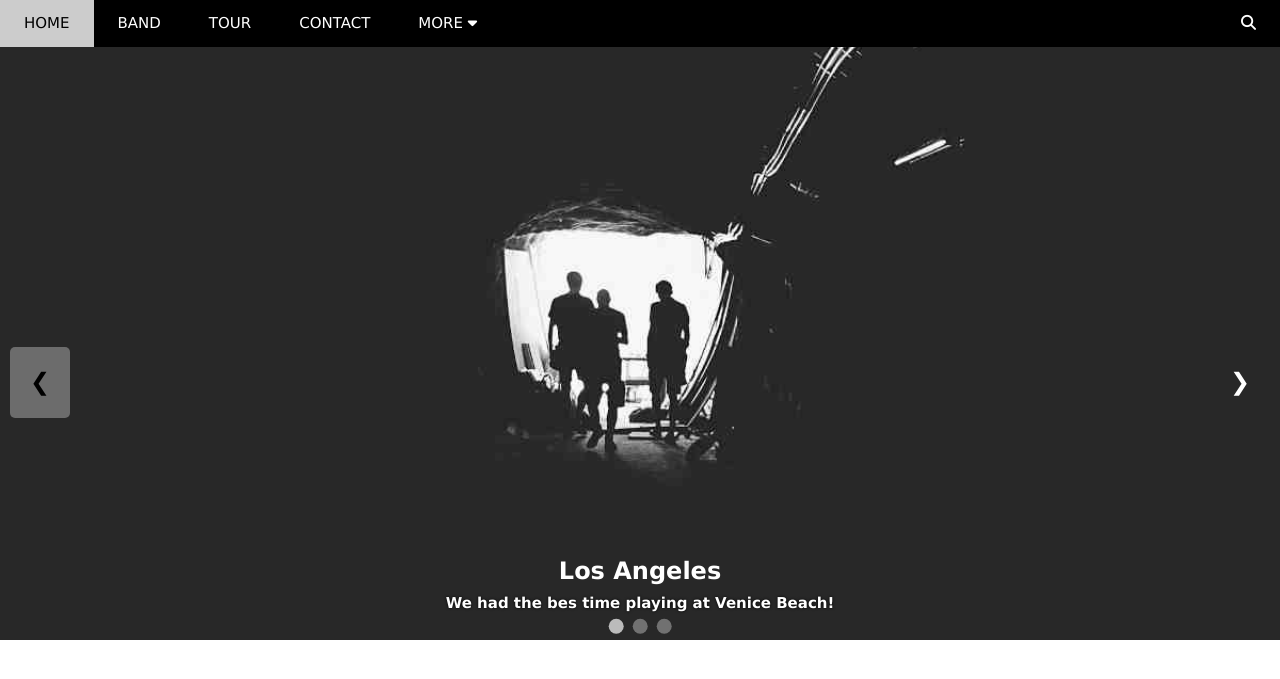
Repository: tam1512/The-Band
Page: index.html
The author's editor kept a copy of each file at every save. The page is drawn from the files as they stood at one save, then again after the next save.
The browser window is 1280 px wide. The pictures show the whole page.
The pointer rests on the first visible `.prev`.
Some web libraries are served in a nearby version.

Above is the page before, as saved 2022-07-23 03:11:44.

After the next save:
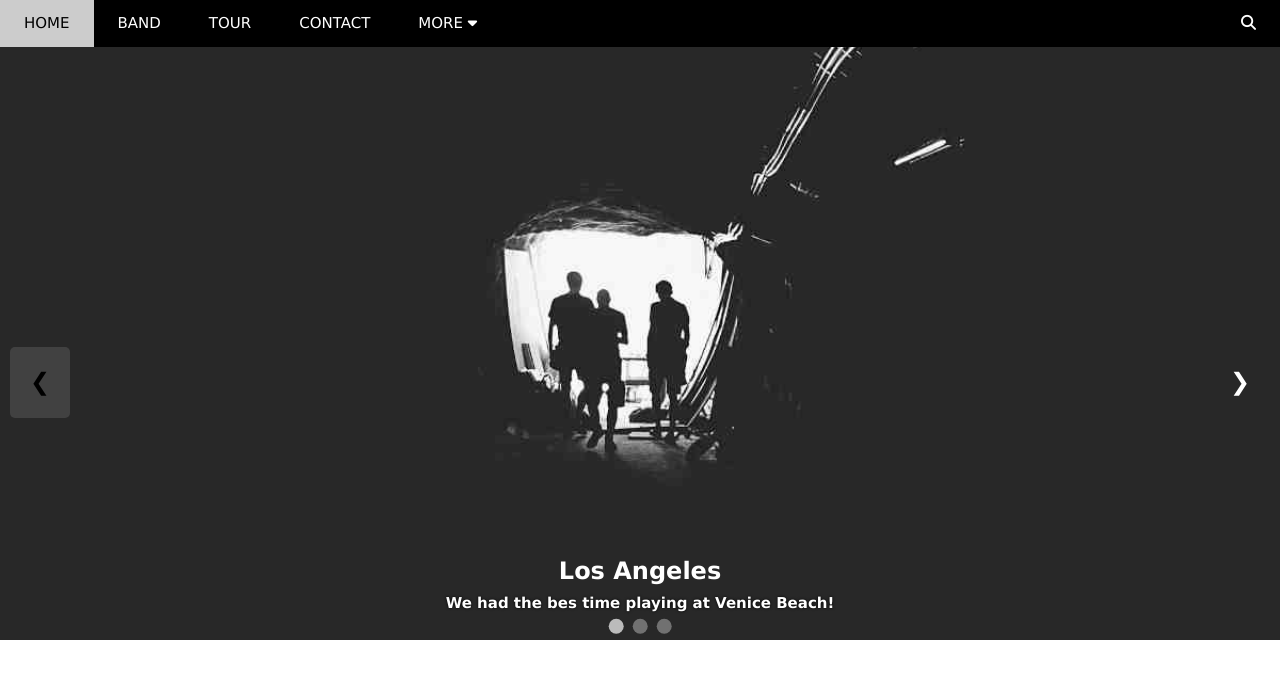
Saved 7 s later.
--- a/assets/css/style.css
+++ b/assets/css/style.css
@@ -163,7 +163,7 @@ li.dropdown {
 /* On hover, add a black backgroound color with a little bit see-through */
 .prev:hover,
 .next:hover {
-  background-color: rgba(187, 187, 187, 0.459);
+  background-color: rgba(187, 187, 187, 0.171);
   color: #000;
 }
 
